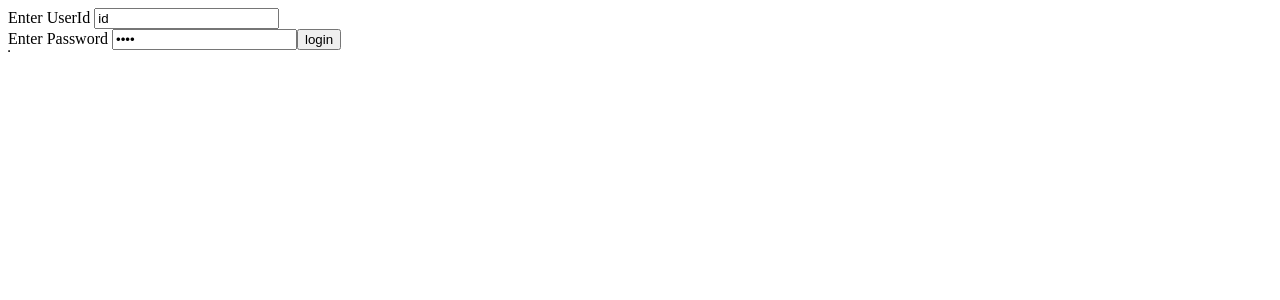
Repository: MethaniVanya/name
Page: cts46/Training/WebContent/Login.html
An editor plug-in stored every save of this project. The page is shown before and after the next save, followed by the edit.
The browser window is 1280 px wide. The pictures show the whole page.

Above is the page before, as saved 2020-03-03 04:29:35.

### cts46/Training/WebContent/Login.html
<!DOCTYPE html>
<html>
<head>
<meta charset="ISO-8859-1">
<title>Insert title here</title>
</head>
<body>

<form action="http://localhost:8082/Training/LoginValidate.jsp">
<table border="1">
<tr> Enter UserId <input type="text" value="id" /> </tr><br>
<tr> Enter Password <input type="password" value="pass" /> </tr>
<tr> <input type="submit" value="login" /> </tr>
</table>
</form>

</body>
</html>

After the next save:
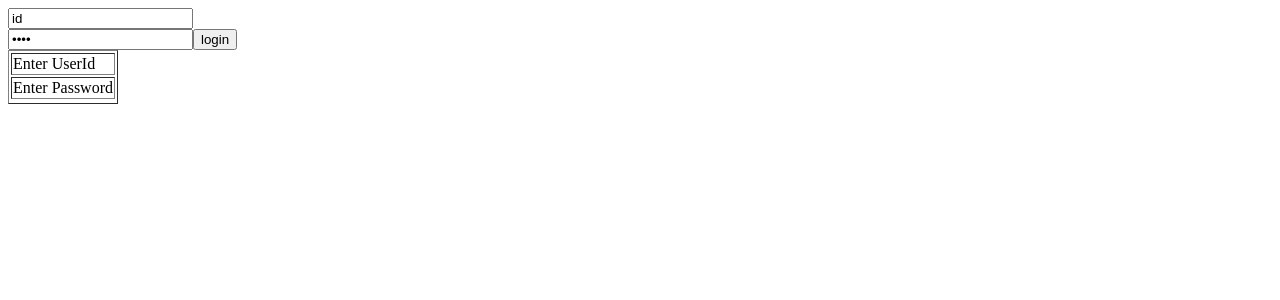
Saved 89 s later.
--- a/cts46/Training/WebContent/Login.html
+++ b/cts46/Training/WebContent/Login.html
@@ -8,8 +8,8 @@
 
 <form action="http://localhost:8082/Training/LoginValidate.jsp">
 <table border="1">
-<tr> Enter UserId <input type="text" value="id" /> </tr><br>
-<tr> Enter Password <input type="password" value="pass" /> </tr>
+<tr><td> Enter UserId </td><input type="text" value="id" /> </tr><br>
+<tr><td> Enter Password </td><input type="password" value="pass" /> </tr>
 <tr> <input type="submit" value="login" /> </tr>
 </table>
 </form>
